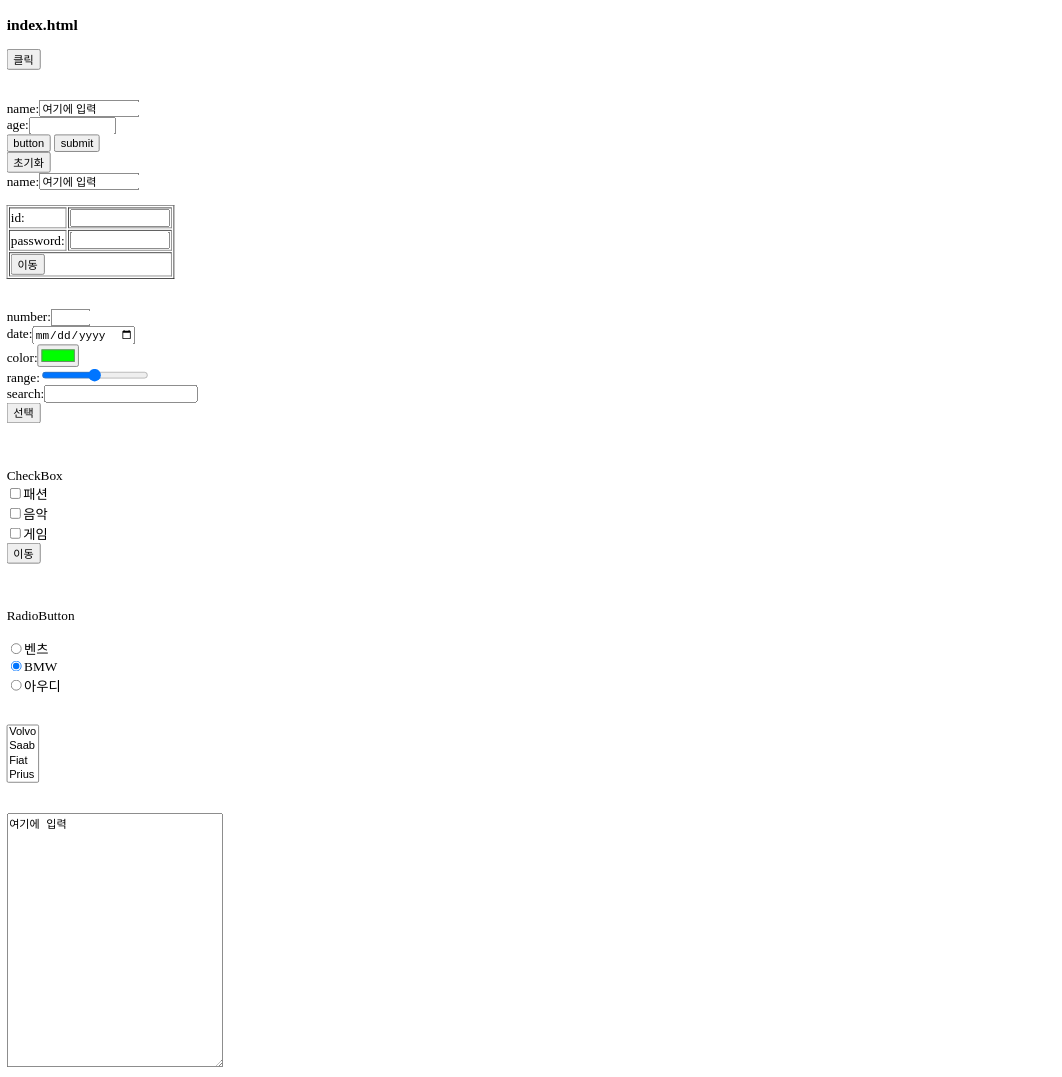
Repository: Jv2020/bitcamp
Page: html/sample04/WebContent/index.html
These files come from the project's save history. The page is drawn as it stood at one moment and after the next save; the edit follows.
The browser window is 1280 px wide. The pictures show the whole page, at 83% of full size.

Above is the page before, as saved 2020-01-03 03:38:36.

After the next save:
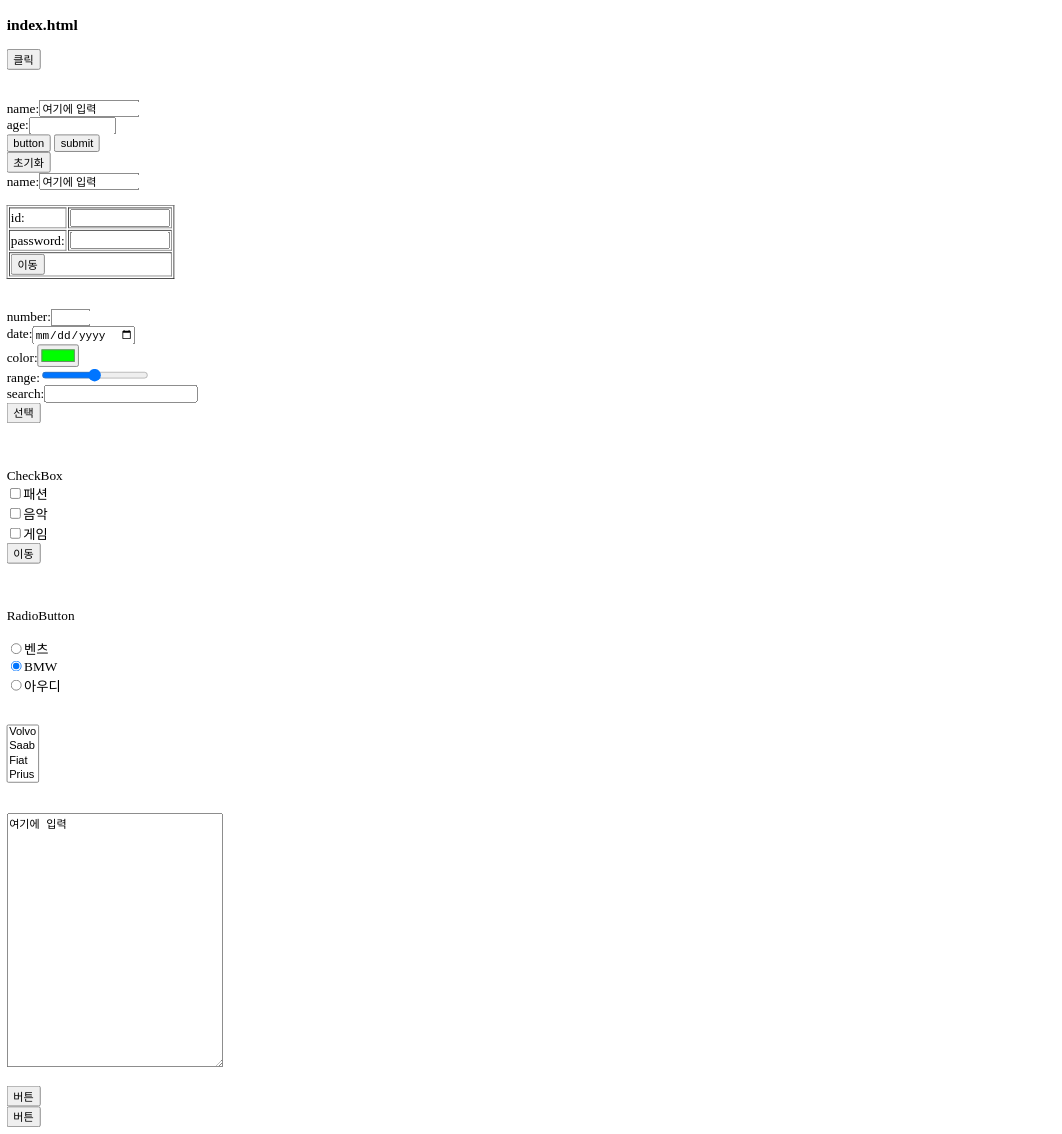
Saved 2 min 22 s later.
--- a/html/sample04/WebContent/index.html
+++ b/html/sample04/WebContent/index.html
@@ -120,5 +120,10 @@ RadioButton<br><br>
 
 <textarea rows="20" cols="30">여기에 입력</textarea>
 
+<br><br>
+
+<input type="button" value="버튼"><br>
+<button type="button" onclick="alert('클릭했음')">버튼</button>
+
 </body>
 </html>
